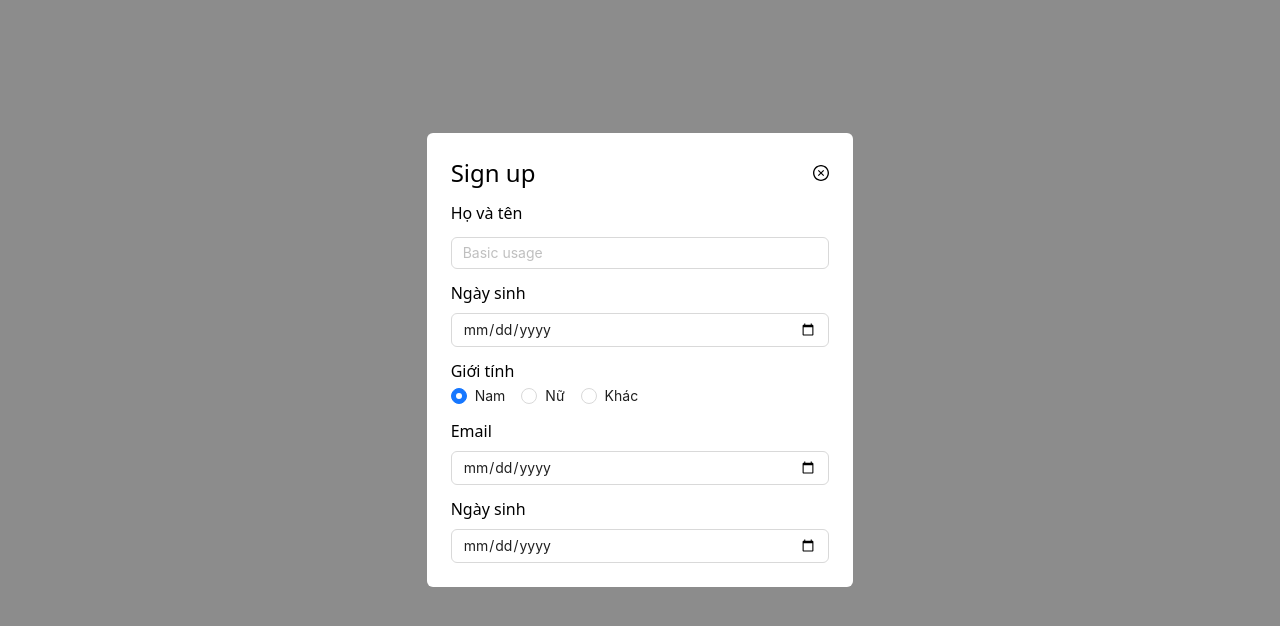
Repository: TinhTT336/MD02_Session14
Page: / (app in client/)
An editor plug-in stored every save of this project. The page is shown before and after the next save, followed by the edit.
The browser window is 1280 px wide. The pictures show the whole page.
The project was rebuilt for these pictures with package versions that can differ from the ones it lists, and the page was loaded fresh each time. Also part of the build but not shown: client/vite.config.js, client/src/firebase/configFirebase.js, client/src/components/UploadSingleFile.jsx, client/src/components/register/register.css, client/src/components/register/Register.jsx, client/src/components/register/RegisterWithImg.jsx.

Above is the page before, as saved 2023-09-14 14:20:09.

After the next save:
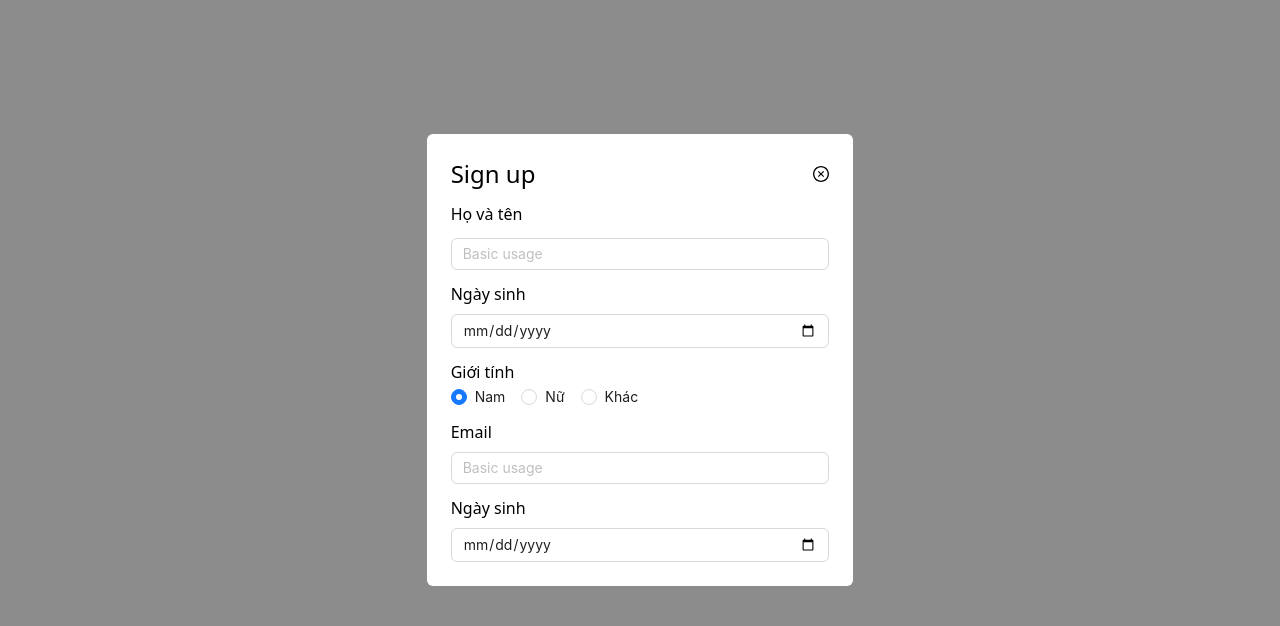
Saved 31 s later.
--- a/client/src/components/signup/Signup.jsx
+++ b/client/src/components/signup/Signup.jsx
@@ -35,7 +35,7 @@ export default function Signup() {
                     </div>
                     <div className='mt-3'>
                         <label htmlFor="email">Email</label>
-                        <Input placeholder="Basic usage" className='mt-2' name='email' id='email' type='date' />
+                        <Input placeholder="Basic usage" className='mt-2' name='email' id='email' type='text' />
                     </div>
                     <div className='mt-3'>
                         <label htmlFor="name">Ngày sinh</label>
